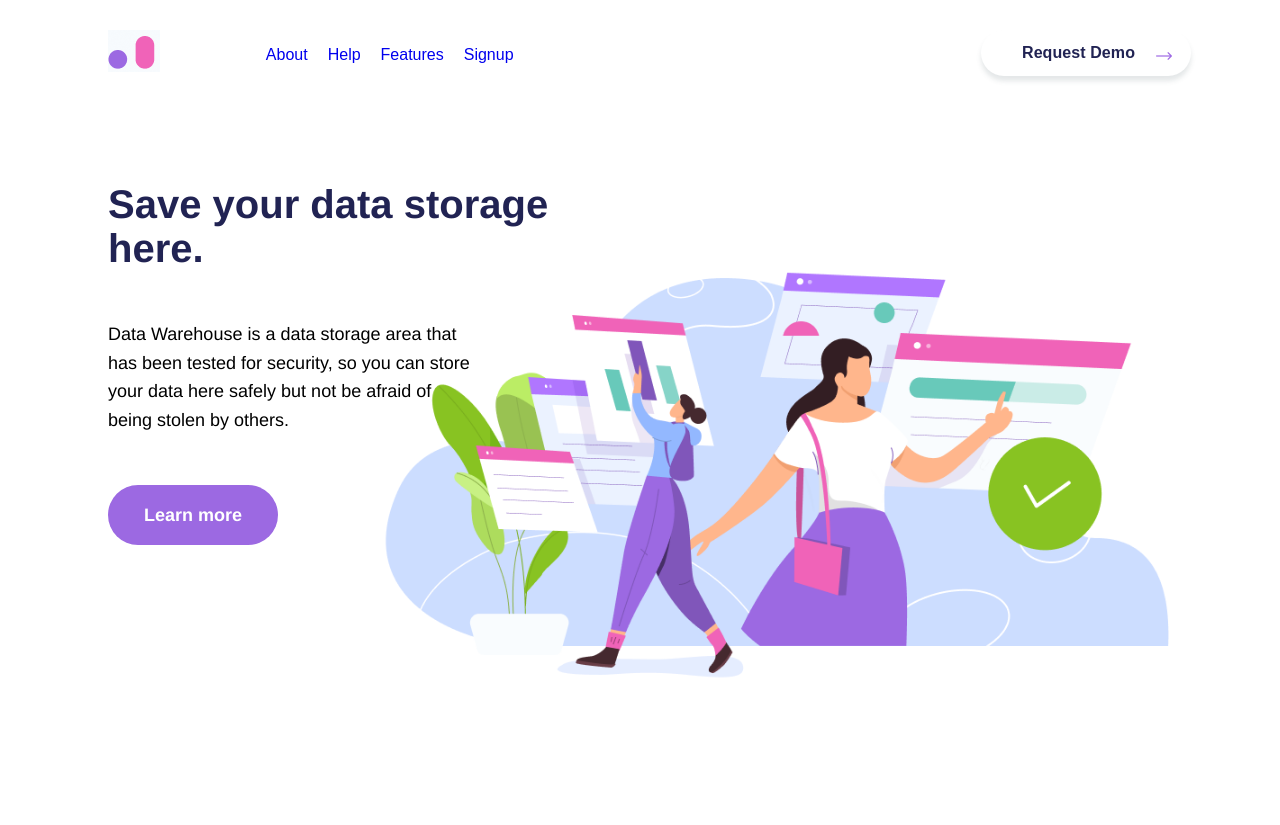
Repository: batonAnton/HW6_flexbox
Page: index.html
These files come from the project's save history. The page is drawn as it stood at one moment and after the next save; the edit follows.
The browser window is 1280 px wide. The pictures show the whole page.
Some web fonts or font styles are not loaded; a fallback is used.

Above is the page before, as saved 2022-06-18 11:11:25.

After the next save:
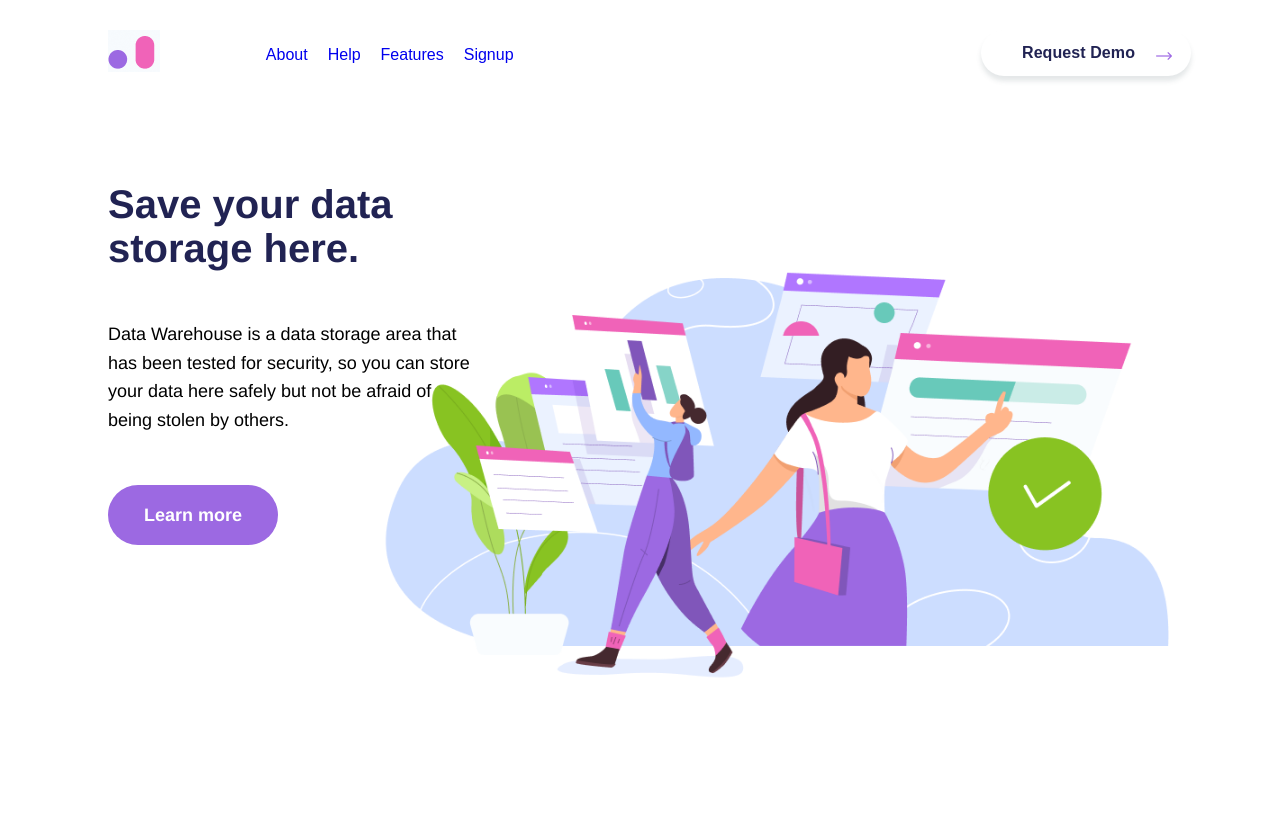
Saved 4 min 7 s later.
--- a/index.html
+++ b/index.html
@@ -45,7 +45,7 @@
 
     <div class="section">
         <div class="info">
-            <h1>Save your data storage here.</h1>
+            <h1>Save your data <br> storage here.</h1>
             <p>Data Warehouse is a data storage area that <br>has been
                 tested for security, so you can store <br> your data here
                 safely but not be afraid of <br> being stolen by others.</p>
